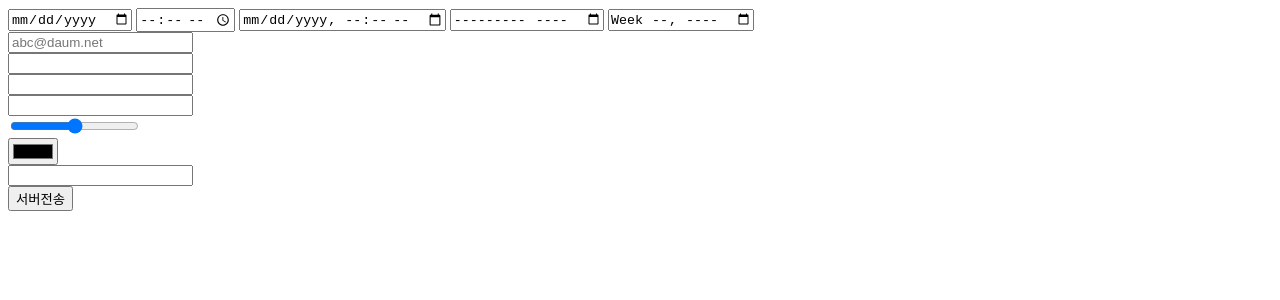
Repository: 753kg/753kg.github.io
Page: KOSTA/webProject/WebContent/day2/inputSample2.html
The author's editor kept a copy of each file at every save. The page is drawn from the files as they stood at one save, then again after the next save.
The browser window is 1280 px wide. The pictures show the whole page.

Above is the page before, as saved 2021-03-30 02:41:09.

After the next save:
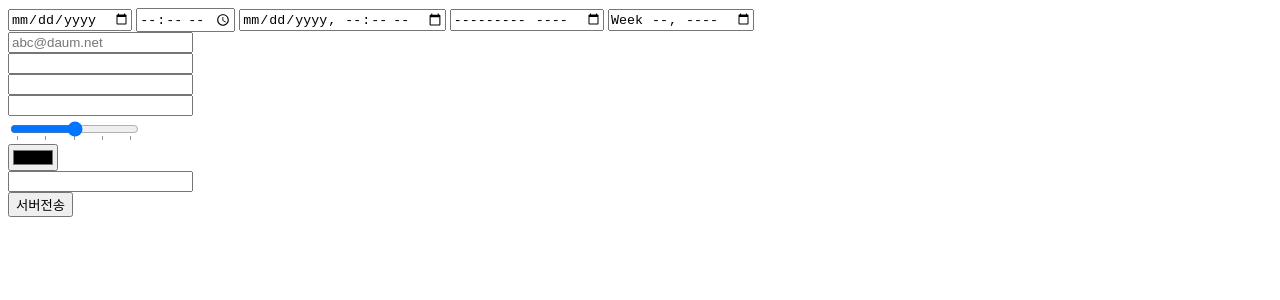
Saved 16 s later.
--- a/KOSTA/webProject/WebContent/day2/inputSample2.html
+++ b/KOSTA/webProject/WebContent/day2/inputSample2.html
@@ -18,7 +18,7 @@
 	<input type="url" name="url"><br>
 	<!-- number : 입력 양식 숫자... 서버에서 읽으면 문자 -->
 	<input type="number" name="age"><br>
-	<input type="range" id="steplist" min="0" max="100" name="score"><br>
+	<input type="range" list="steplist" min="0" max="100" name="score"><br>
 	<datalist id="steplist">
 		<option>0</option>
 		<option>25</option>
